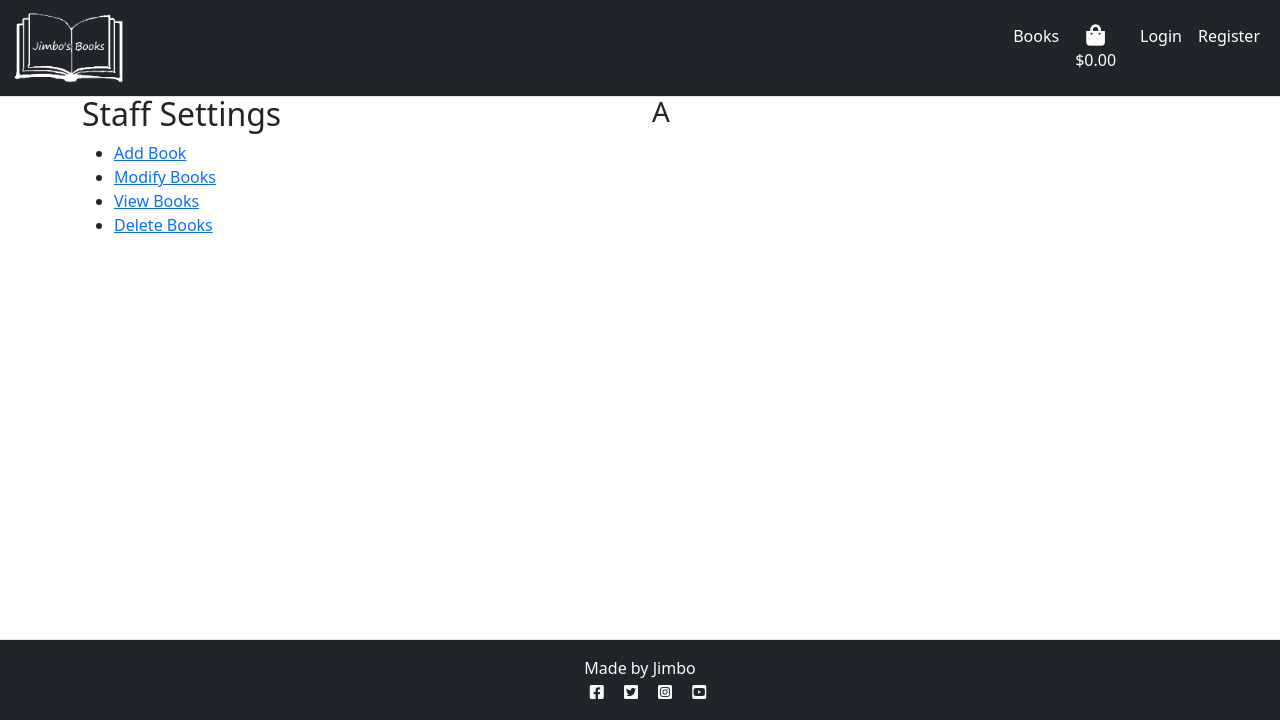
Repository: JaySanders95/jimbos-books
Page: templates/book_deleted.html
These files come from the project's save history. The page is drawn as it stood at one moment and after a run of saves; the edit follows.
The browser window is 1280 px wide. The pictures show the whole page.
The template is drawn by Django 3.2. The application's start-up code is not run. The template is opened directly, without the code that normally fills it, so the values that code supplies are empty.

Above is the page before, as saved 2023-12-26 18:06:46.

After the next 2 saves:
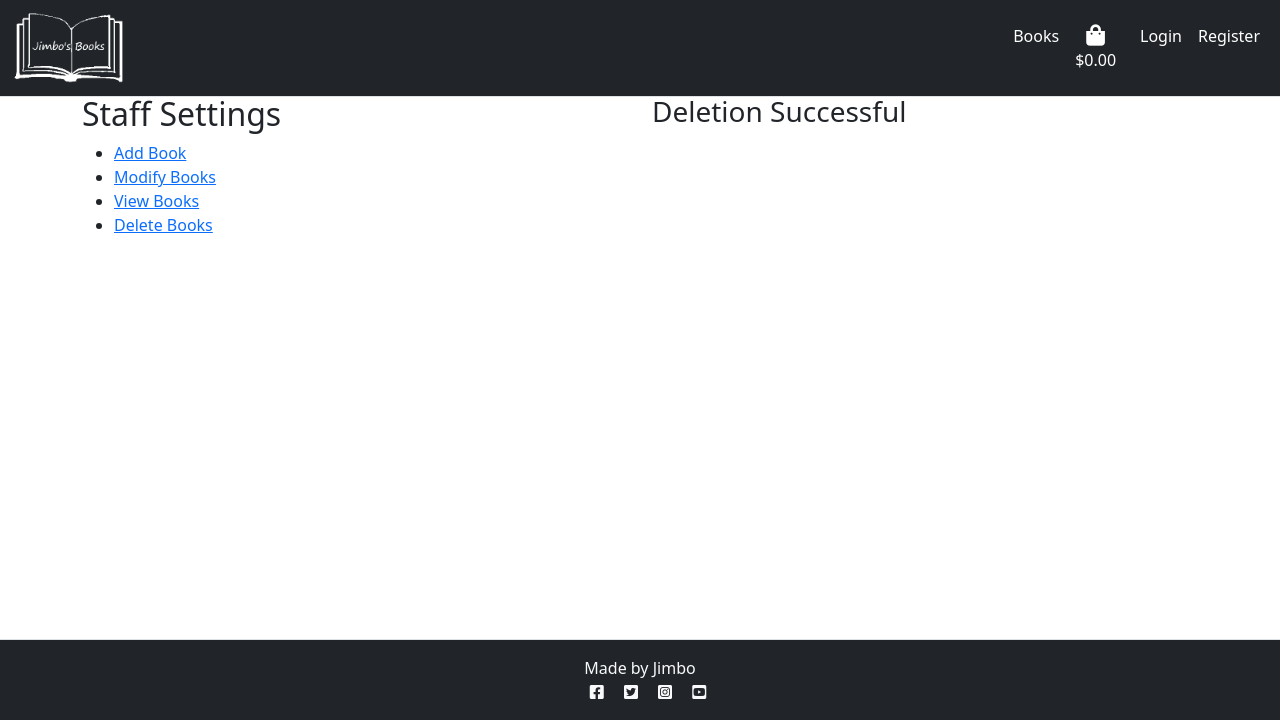
The 2 saves are shown as one change because they came seconds apart.
The last was saved 12 s later.
--- a/templates/book_deleted.html
+++ b/templates/book_deleted.html
@@ -1,6 +1,7 @@
 {% extends 'staff_settings.html' %}
 
 {% block settings_content %}
-    <h3>A</h3>
+    <h3>Deletion Successful</h3>
+
 
 {% endblock %}
